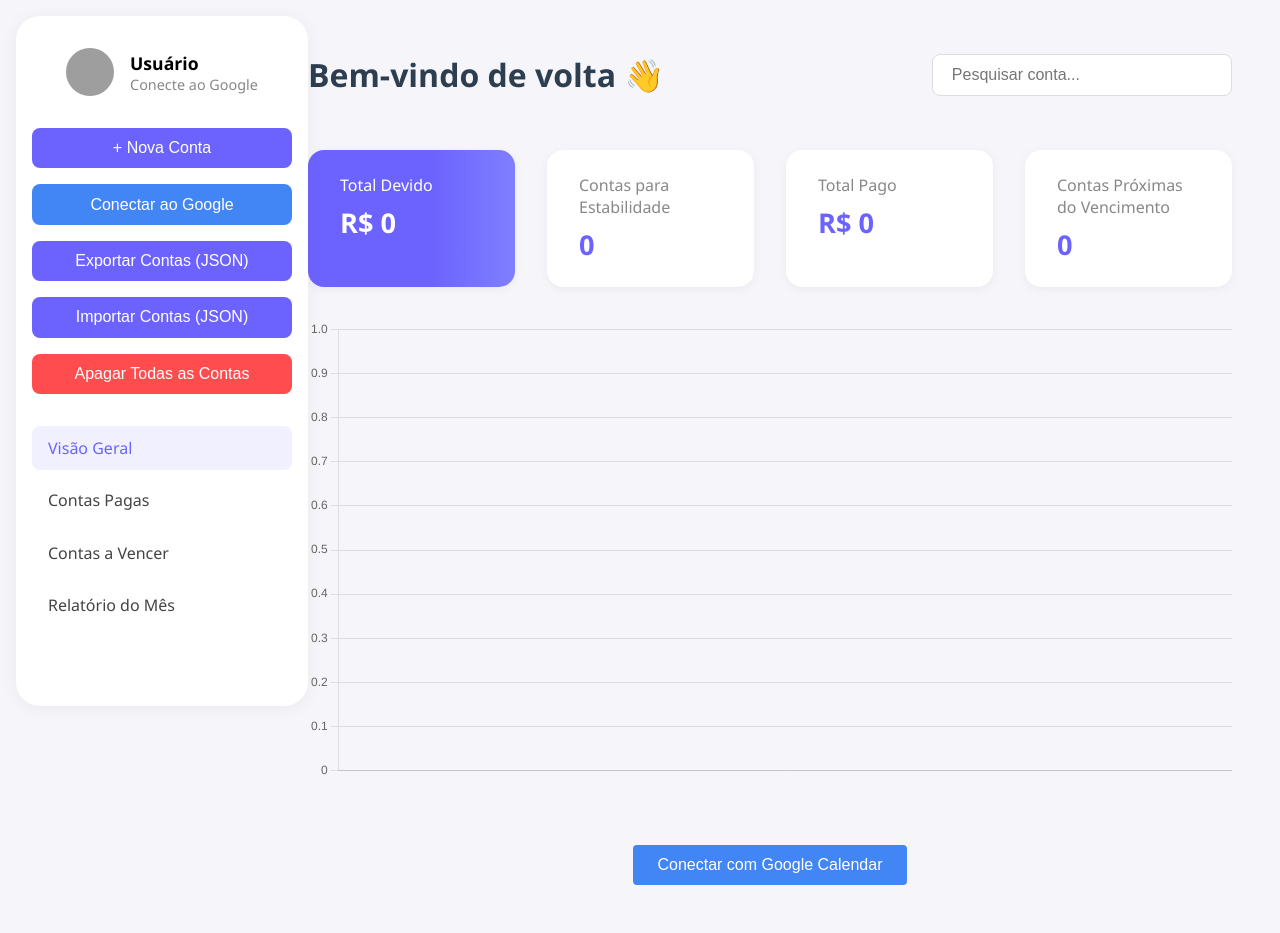
Repository: Matheus904-12/Projects-Part
Page: / (app in Gastos/)
These files come from the project's save history. The page is drawn as it stood at one moment and after the next save; the edit follows.
The browser window is 1280 px wide. The pictures show the whole page.
Pictures or frames that could not be fetched are drawn as grey boxes. The project was rebuilt for these pictures with package versions that can differ from the ones it lists, and the page was loaded fresh each time. Also part of the build but not shown: Gastos/src/components/ExportarRelatorio.vue.

Above is the page before, as saved 2025-08-28 21:40:34.

After the next save:
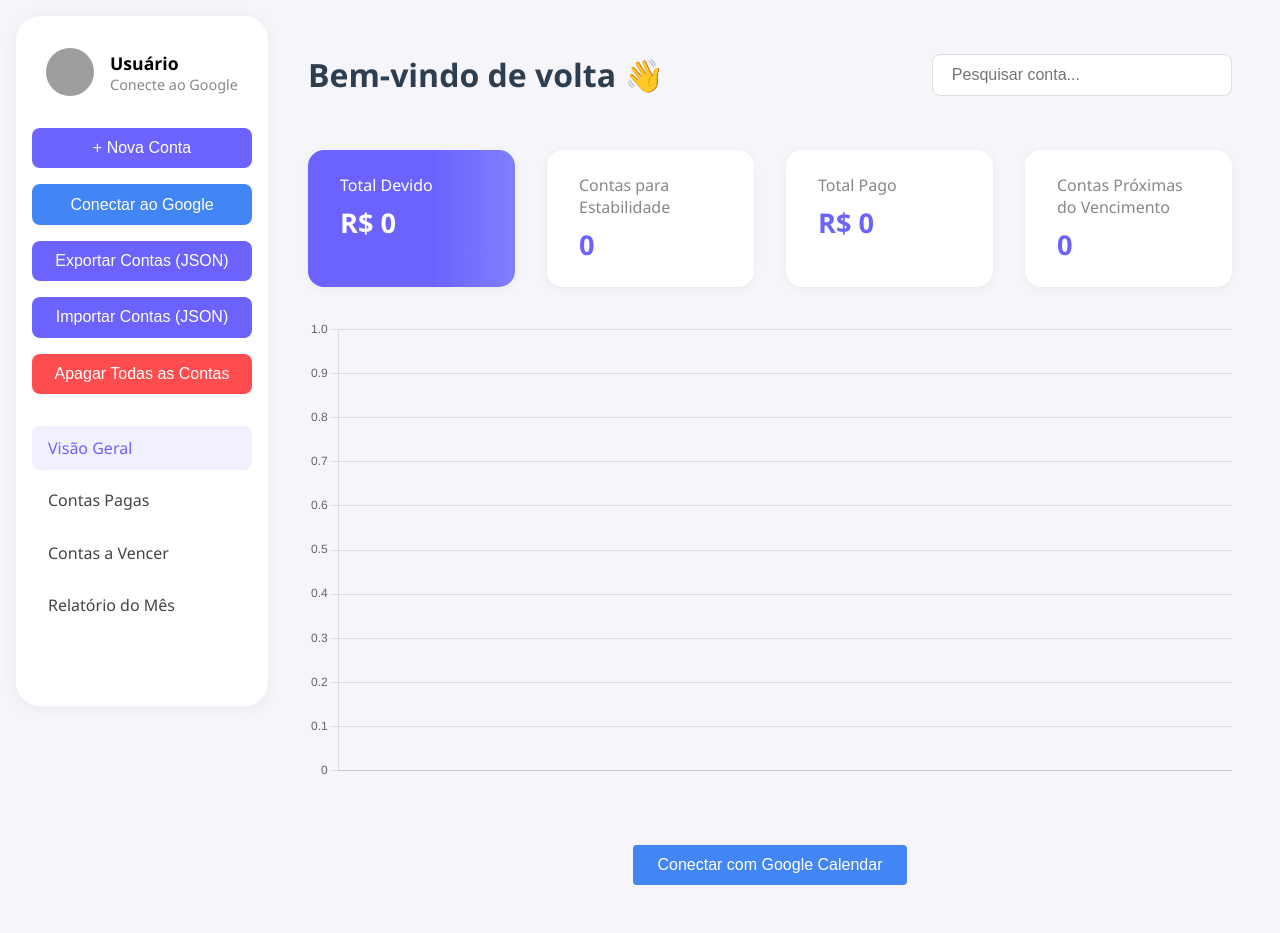
Saved 8 min 53 s later.
--- a/Gastos/src/components/GastosDashboard.vue
+++ b/Gastos/src/components/GastosDashboard.vue
@@ -240,7 +240,7 @@ export default {
 <style>
 /* Sidebar fixa à esquerda, estilo dashboard moderno */
 .sidebar {
-  width: 260px;
+  width: 220px;
   background: #fff;
   border-radius: 24px;
   margin: 1rem 0 1rem 1rem;
